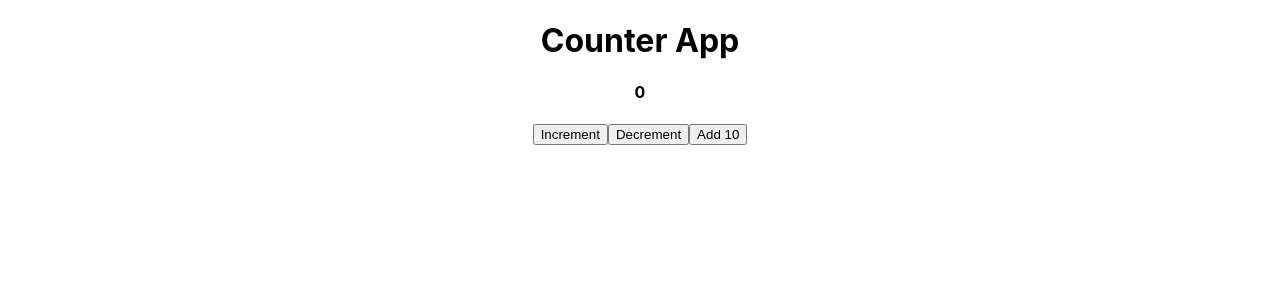
Repository: devogi/React.js-API-practice-
Page: /
The author's editor kept a copy of each file at every save. The page is drawn from the files as they stood at one save, then again after the next save.
The browser window is 1280 px wide. The pictures show the whole page.
The project was rebuilt for these pictures with package versions that can differ from the ones it lists, and the page was loaded fresh each time.

Above is the page before, as saved 2022-03-30 13:34:06.

After the next save:
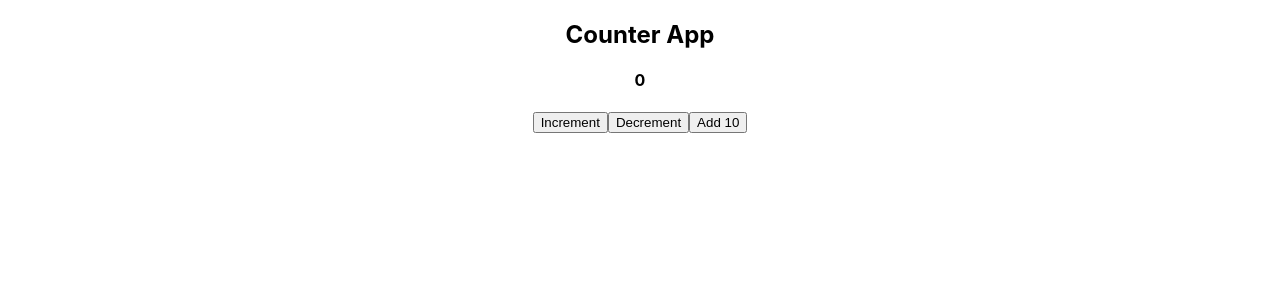
Saved 19 s later.
--- a/src/App.js
+++ b/src/App.js
@@ -18,7 +18,7 @@ function App() {
   };
   return (
     <div className="App">
-      <h1>Counter App</h1>
+      <h2>Counter App</h2>
       <h4> {counter} </h4>
       <button className="btn" onClick={increment}>
         Increment
